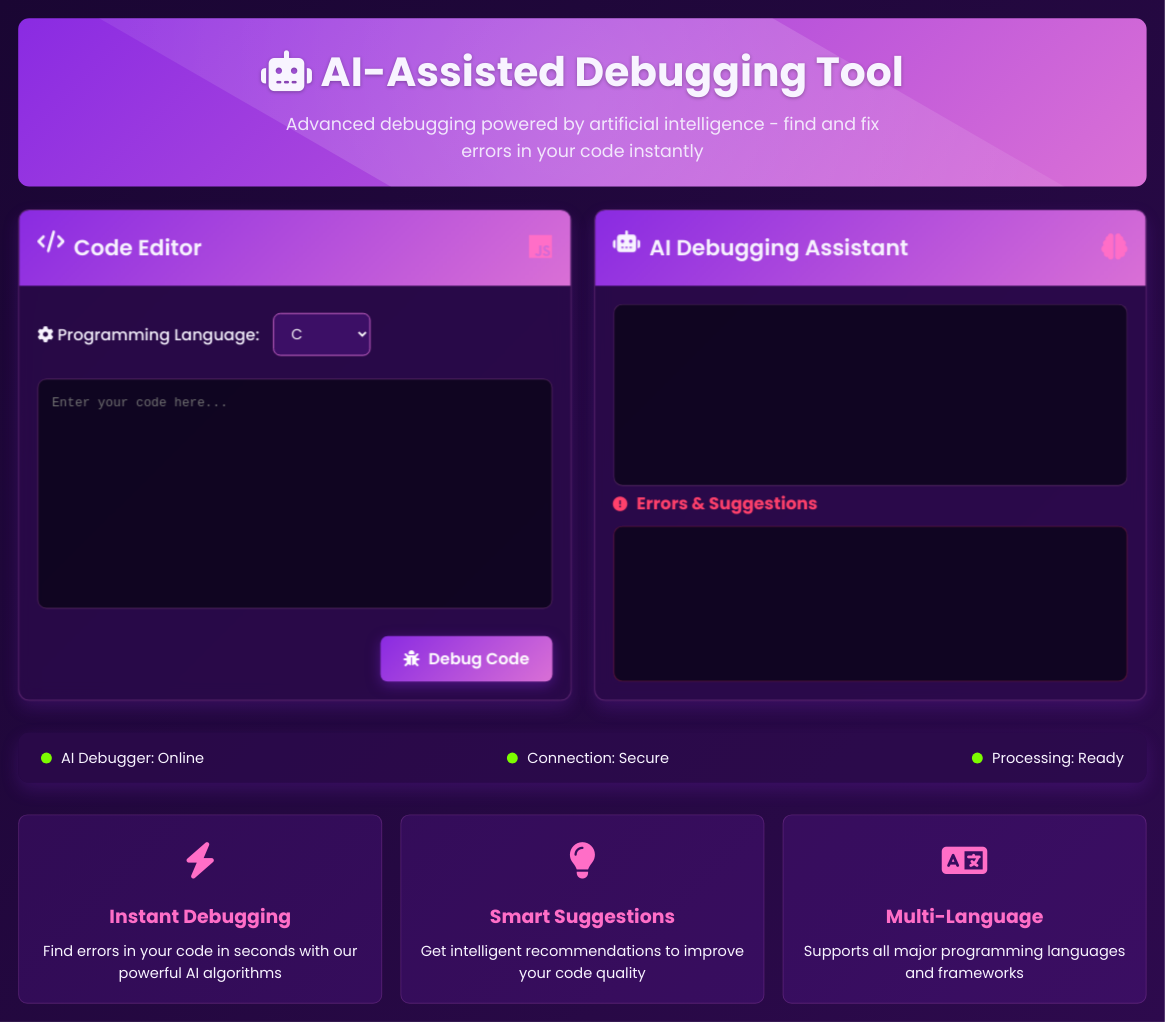
Repository: ujjwalkathait/AI-Asissted_Debugging_tool
Page: Frontend/public/index.html
The author's editor kept a copy of each file at every save. The page is drawn from the files as they stood at one save, then again after the next save.
The browser window is 1280 px wide. The pictures show the whole page, at 91% of full size.

Above is the page before, as saved 2025-07-13 23:06:58.

### Frontend/public/index.html
<!DOCTYPE html>
<html lang="en">
<head>
    <meta charset="UTF-8">
    <meta name="viewport" content="width=device-width, initial-scale=1.0">
    <title>AI-Assisted Debugging Tool</title>
    <link href="https://fonts.googleapis.com/css2?family=Poppins:wght@300;400;500;600;700&display=swap" rel="stylesheet">
    <link rel="stylesheet" href="https://cdnjs.cloudflare.com/ajax/libs/font-awesome/6.4.0/css/all.min.css">
    <link rel="stylesheet" href="style.css">
</head>
<body>
    <div class="container">
        <header>
            <h1><i class="fas fa-robot"></i> AI-Assisted Debugging Tool</h1>
            <p>Advanced debugging powered by artificial intelligence - find and fix errors in your code instantly</p>
        </header>

        <div class="main-content">
            <div class="panel">
                <div class="panel-header">
                    <div class="panel-title">
                        <i class="fas fa-code floating"></i>
                        <span>Code Editor</span>
                    </div>
                    <div class="language-icon">
                        <i class="fab fa-js"></i>
                    </div>
                </div>
                <div class="panel-body">
                    <div class="editor-container">
                        <div class="language-selector">
                            <label for="language-select"><i class="fas fa-cog"></i> Programming Language:</label>
                            <select id="language-select">
                                <option>C</option>
                                <option>C++</option>
                                <option>Python</option>
                                <option>Java</option>
                            </select>
                        </div>
                        <textarea class="code-editor" id="code-input" placeholder="Enter your code here..."></textarea>
                        <button class="debug-btn" id="debug-button">
                            <i class="fas fa-bug"></i> Debug Code
                        </button>
                    </div>
                </div>
            </div>

            <div class="panel">
                <div class="panel-header">
                    <div class="panel-title">
                        <i class="fas fa-robot floating"></i>
                        <span>AI Debugging Assistant</span>
                    </div>
                    <div class="language-icon">
                        <i class="fas fa-brain"></i>
                    </div>
                </div>
                <div class="panel-body">
                    <div class="output-container">
                        <div class="ai-output" id="debug-output">
</div>

</div>
<div class="error-container">
<div class="error-header">
<i class="fas fa-exclamation-circle"></i>
<h3>Errors & Suggestions</h3>
</div>
<div class="error-box" id="error-output"></div>
</div>
                </div>
            </div>
        </div>

        <div class="status-bar">
            <div class="status-item">
                <div class="status-indicator"></div>
                <span>AI Debugger: Online</span>
            </div>
            <div class="status-item">
                <div class="status-indicator"></div>
                <span>Connection: Secure</span>
            </div>
            <div class="status-item">
                <div class="status-indicator"></div>
                <span>Processing: Ready</span>
            </div>
        </div>

        <div class="feature-grid">
            <div class="feature-card">
                <div class="feature-icon">
                    <i class="fas fa-bolt"></i>
                </div>
                <h3>Instant Debugging</h3>
                <p>Find errors in your code in seconds with our powerful AI algorithms</p>
            </div>
            <div class="feature-card">
                <div class="feature-icon">
                    <i class="fas fa-lightbulb"></i>
                </div>
                <h3>Smart Suggestions</h3>
                <p>Get intelligent recommendations to improve your code quality</p>
            </div>
            <div class="feature-card">
                <div class="feature-icon">
                    <i class="fas fa-language"></i>
                </div>
                <h3>Multi-Language</h3>
                <p>Supports all major programming languages and frameworks</p>
            </div>
        </div>
    </div>

    <script src="script.js"></script>
</body>
</html>

### Frontend/public/style.css
:root {
    --primary: #8A2BE2;
    --secondary: #DA70D6;
    --accent: #FF6EC7;
    --dark: #2D0A4D;
    --light: #F8F4FF;
    --text: #4A2A7C;
    --success: #7CFC00;
    --error: #FF416C;
    --border-radius: 12px;
    --transition: all 0.3s ease;
    --box-shadow: 0 8px 20px rgba(138, 43, 226, 0.2);
    --gradient: linear-gradient(135deg, var(--primary), var(--secondary));
}

* {
    margin: 0;
    padding: 0;
    box-sizing: border-box;
    font-family: 'Poppins', sans-serif;
}

body {
    background: linear-gradient(135deg, #1a0633, #2d0a4d);
    color: var(--light);
    min-height: 100vh;
    padding: 20px;
    display: flex;
    justify-content: center;
    align-items: center;
}

.container {
    width: 100%;
    max-width: 1600px;
    display: flex;
    flex-direction: column;
    gap: 25px;
}

header {
    text-align: center;
    padding: 25px;
    background: var(--gradient);
    border-radius: var(--border-radius);
    box-shadow: var(--box-shadow);
    animation: pulse 3s infinite;
    position: relative;
    overflow: hidden;
}

header::before {
    content: "";
    position: absolute;
    top: -50%;
    left: -50%;
    width: 200%;
    height: 200%;
    background: radial-gradient(circle, rgba(255,255,255,0.2) 0%, rgba(255,255,255,0) 70%);
    transform: rotate(30deg);
}

header h1 {
    font-size: 2.8rem;
    font-weight: 700;
    margin-bottom: 10px;
    text-shadow: 0 2px 4px rgba(0,0,0,0.3);
    position: relative;
}

header p {
    font-size: 1.2rem;
    opacity: 0.9;
    max-width: 700px;
    margin: 0 auto;
    position: relative;
}

.main-content {
    display: flex;
    gap: 25px;
    height: 75vh;
}

.panel {
    background: rgba(45, 10, 77, 0.7);
    backdrop-filter: blur(10px);
    border-radius: var(--border-radius);
    box-shadow: var(--box-shadow);
    overflow: hidden;
    display: flex;
    flex-direction: column;
    border: 1px solid rgba(218, 112, 214, 0.3);
    flex: 1;
}

.panel-header {
    padding: 20px;
    background: var(--gradient);
    display: flex;
    justify-content: space-between;
    align-items: center;
}

.panel-title {
    font-size: 1.5rem;
    font-weight: 600;
    display: flex;
    align-items: center;
    gap: 10px;
}

.panel-body {
    padding: 20px;
    flex: 1;
    display: flex;
    flex-direction: column;
    overflow: hidden;
}

.editor-container {
    flex: 1;
    display: flex;
    flex-direction: column;
    gap: 15px;
}

.language-selector {
    display: flex;
    align-items: center;
    gap: 15px;
    padding: 10px 0;
}

.language-selector label {
    font-size: 1.1rem;
    font-weight: 500;
}

select {
    padding: 10px 15px;
    background: rgba(138, 43, 226, 0.2);
    border: 1px solid var(--secondary);
    border-radius: 8px;
    color: white;
    font-size: 1rem;
    cursor: pointer;
    transition: var(--transition);
    outline: none;
}

select:focus {
    box-shadow: 0 0 0 3px rgba(218, 112, 214, 0.4);
}

.code-editor {
    flex: 1;
    background: rgba(10, 5, 25, 0.8);
    border-radius: 10px;
    border: 1px solid rgba(218, 112, 214, 0.3);
    padding: 15px;
    font-family: 'Courier New', monospace;
    font-size: 14px;
    color: #E6D4FF;
    line-height: 1.5;
    resize: none;
    transition: var(--transition);
}

.code-editor:focus {
    border-color: var(--accent);
    box-shadow: 0 0 0 3px rgba(255, 110, 199, 0.2);
}

.debug-btn {
    padding: 12px 25px;
    background: var(--gradient);
    color: white;
    border: none;
    border-radius: 8px;
    font-size: 1.1rem;
    font-weight: 600;
    cursor: pointer;
    transition: var(--transition);
    display: flex;
    align-items: center;
    justify-content: center;
    gap: 10px;
    margin-top: 15px;
    align-self: flex-end;
    box-shadow: 0 4px 15px rgba(138, 43, 226, 0.4);
}

.debug-btn:hover {
    transform: translateY(-3px);
    box-shadow: 0 6px 20px rgba(138, 43, 226, 0.6);
}

.debug-btn:active {
    transform: translateY(1px);
}

.output-container {
    flex: 1;
    display: flex;
    flex-direction: column;
    gap: 15px;
    overflow: hidden;
}

.ai-output {
    background: rgba(10, 5, 25, 0.8);
    border-radius: 10px;
    border: 1px solid rgba(218, 112, 214, 0.3);
    padding: 15px;
    font-family: 'Courier New', monospace;
    font-size: 14px;
    color: #E6D4FF;
    line-height: 1.5;
    overflow-y: auto;
    height: 200px;
}

.error-container {
    display: flex;
    flex-direction: column;
    gap: 10px;
    height: 210px;
}

.error-header {
    display: flex;
    align-items: center;
    gap: 10px;
    color: var(--error);
}

.error-box {
    background: rgba(10, 5, 25, 0.8);
    border-radius: 10px;
    border: 1px solid rgba(255, 65, 108, 0.3);
    padding: 15px;
    font-family: 'Courier New', monospace;
    font-size: 14px;
    color: #FFA8BA;
    line-height: 1.5;
    overflow-y: auto;
    height: 100%;
}
.error-box pre{
    margin: 0;
    white-space: pre-wrap;
    word-break: break-word;

}
.status-bar {
    display: flex;
    justify-content: space-between;
    padding: 15px 25px;
    background: rgba(45, 10, 77, 0.7);
    border-radius: var(--border-radius);
    box-shadow: var(--box-shadow);
    margin-top: 10px;
}

.status-item {
    display: flex;
    align-items: center;
    gap: 10px;
}

.status-indicator {
    width: 12px;
    height: 12px;
    border-radius: 50%;
    background: var(--success);
}

.status-indicator.error {
    background: var(--error);
}

.language-icon {
    font-size: 1.8rem;
    color: var(--accent);
}

.feature-grid {
    display: grid;
    grid-template-columns: repeat(3, 1fr);
    gap: 20px;
    margin-top: 10px;
}

.feature-card {
    background: rgba(138, 43, 226, 0.15);
    border-radius: 10px;
    padding: 20px;
    text-align: center;
    transition: var(--transition);
    border: 1px solid rgba(218, 112, 214, 0.2);
}

.feature-card:hover {
    transform: translateY(-5px);
    background: rgba(138, 43, 226, 0.25);
    box-shadow: 0 8px 20px rgba(138, 43, 226, 0.3);
}

.feature-icon {
    font-size: 2.5rem;
    color: var(--accent);
    margin-bottom: 15px;
}

.feature-card h3 {
    font-size: 1.3rem;
    margin-bottom: 10px;
    color: var(--accent);
}

/* Animations */
@keyframes pulse {
    0% { box-shadow: 0 0 0 0 rgba(138, 43, 226, 0.6); }
    70% { box-shadow: 0 0 0 15px rgba(138, 43, 226, 0); }
    100% { box-shadow: 0 0 0 0 rgba(138, 43, 226, 0); }
}

@keyframes float {
    0% { transform: translateY(0px); }
    50% { transform: translateY(-10px); }
    100% { transform: translateY(0px); }
}

.floating {
    animation: float 3s ease-in-out infinite;
}

/* Scrollbar styling */
::-webkit-scrollbar {
    width: 8px;
}

::-webkit-scrollbar-track {
    background: rgba(45, 10, 77, 0.3);
    border-radius: 4px;
}

::-webkit-scrollbar-thumb {
    background: var(--secondary);
    border-radius: 4px;
}

::-webkit-scrollbar-thumb:hover {
    background: var(--accent);
}

/* Responsive design */
@media (max-width: 1200px) {
    .main-content {
        flex-direction: column;
        height: auto;
    }

    .feature-grid {
        grid-template-columns: repeat(2, 1fr);
    }
}

@media (max-width: 768px) {
    .feature-grid {
        grid-template-columns: 1fr;
    }

    header h1 {
        font-size: 2.2rem;
    }

    .panel-header {
        padding: 15px;
    }
}

### Frontend/public/script.js
// document.addEventListener('DOMContentLoaded', function () {
//     const debugBtn = document.getElementById('debug-button');
//     const codeInput = document.getElementById('code-input');
//     const debugOutput = document.getElementById('debug-output');
//     const errorOutput = document.getElementById('error-output');
//     const languageSelect = document.getElementById('language-select');
//     const languageIcon = document.querySelector('.language-icon i');

//     // Language icons mapping
//     const languageIcons = {
//         'JavaScript': 'fab fa-js',
//         'Python': 'fab fa-python',
//         'Java': 'fab fa-java',
//         'C++': 'fas fa-c++',
//         'C': 'fas fa-c',
//         'TypeScript': 'fas fa-code',
//         'PHP': 'fab fa-php',
//         'Ruby': 'fas fa-gem'
//     };

//     // Update language icon when selection changes
//     languageSelect.addEventListener('change', function () {
//         const lang = this.value;
//         languageIcon.className = languageIcons[lang] || 'fas fa-code';
//     });

//     // Debug button functionality
//     debugBtn.addEventListener('click', async function () {
//         const code = codeInput.value.trim();
//         const language = languageSelect.value;

//         if (!code) {
//             errorOutput.innerHTML = `<pre style="color:orange;">⚠️ Please enter some code before debugging.</pre>`;
//             return;
//         }

//         // UI feedback
//         debugBtn.innerHTML = '<i class="fas fa-spinner fa-spin"></i> Debugging...';
//         debugBtn.disabled = true;
//         debugOutput.textContent = '';
//         errorOutput.innerHTML = '';

//         try {
//             const response = await fetch("http://localhost:3000/debug", {
//                 method: "POST",
//                 headers: {
//                     "Content-Type": "application/json"
//                 },
//                 body: JSON.stringify({ code, language })
//             });

//             if (!response.ok) {
//                 throw new Error("Server error while debugging.");
//             }

//             const result = await response.json();

//             // Show corrected code
//             // debugOutput.textContent = result.fixedCode || "// No corrections found.";
//             debugOutput.innerHTML = `<pre>${result.fixedCode || "// No corrections found."}</pre>`;


//             // Show errors or success
//             if (result.errors) {
//                 errorOutput.innerHTML = `<pre style="color:red;">${result.errors}</pre>`;
//             } else {
//                 errorOutput.innerHTML = `<pre style="color:lightgreen;">✅ No syntax errors detected.</pre>`;
//             }

//         } catch (err) {
//             errorOutput.innerHTML = `<pre style="color:red;">⚠️ Error: ${err.message}</pre>`;
//         } finally {
//             // Reset button state
//             debugBtn.innerHTML = '<i class="fas fa-bug"></i> Debug Code';
//             debugBtn.disabled = false;
//             debugBtn.style.background = 'linear-gradient(135deg, #00c853, #7cfc00)';
//             setTimeout(() => {
//                 debugBtn.style.background = 'var(--gradient)';
//             }, 2000);
//         }
//     });

//     // Add example code on first click (optional)
//     codeInput.addEventListener('click', function () {
//         if (this.value === '') {
//             this.value = '';
//         }
//     });
// });

document.addEventListener('DOMContentLoaded', function () {
    const debugBtn = document.getElementById('debug-button');
    const codeInput = document.getElementById('code-input');
    const debugOutput = document.getElementById('debug-output');
    const errorOutput = document.getElementById('error-output');
    const languageSelect = document.getElementById('language-select');
    const languageIcon = document.querySelector('.language-icon i');

    const languageIcons = {
        'JavaScript': 'fab fa-js',
        'Python': 'fab fa-python',
        'Java': 'fab fa-java',
        'C++': 'fas fa-c++',
        'C': 'fas fa-c',
        'TypeScript': 'fas fa-code',
        'PHP': 'fab fa-php',
        'Ruby': 'fas fa-gem'
    };

    languageSelect.addEventListener('change', function () {
        const lang = this.value;
        languageIcon.className = languageIcons[lang] || 'fas fa-code';
    });

    debugBtn.addEventListener('click', async function () {
        const code = codeInput.value.trim();
        const language = languageSelect.value;

        if (!code) {
            errorOutput.innerHTML = `<pre style="color:orange;">⚠️ Please enter some code before debugging.</pre>`;
            return;
        }

        debugBtn.innerHTML = '<i class="fas fa-spinner fa-spin"></i> Debugging...';
        debugBtn.disabled = true;
        debugOutput.textContent = '';
        errorOutput.innerHTML = '';

        try {
            const response = await fetch("http://localhost:3000/debug", {
                method: "POST",
                headers: {
                    "Content-Type": "application/json"
                },
                body: JSON.stringify({ code, language })
            });

            if (!response.ok) {
                throw new Error("Server error while debugging.");
            }

            const result = await response.json();

            debugOutput.innerHTML = `<pre>${result.fixedCode || "// No corrections found."}</pre>`;

            if (result.errors) {
                errorOutput.innerHTML = `<pre style="color:red;">${result.errors}</pre>`;
            } else {
                errorOutput.innerHTML = `<pre style="color:lightgreen;">✅ No syntax errors detected.</pre>`;
            }

            if (result.explanation) {
                errorOutput.innerHTML += `<br><pre style="color:deepskyblue;">💡 Gemini says: ${result.explanation}</pre>`;
            }

        } catch (err) {
            errorOutput.innerHTML = `<pre style="color:red;">⚠️ Error: ${err.message}</pre>`;
        } finally {
            debugBtn.innerHTML = '<i class="fas fa-bug"></i> Debug Code';
            debugBtn.disabled = false;
            debugBtn.style.background = 'linear-gradient(135deg, #00c853, #7cfc00)';
            setTimeout(() => {
                debugBtn.style.background = 'var(--gradient)';
            }, 2000);
        }
    });

    codeInput.addEventListener('click', function () {
        if (this.value === '') {
            this.value = '';
        }
    });
});

After the next save:
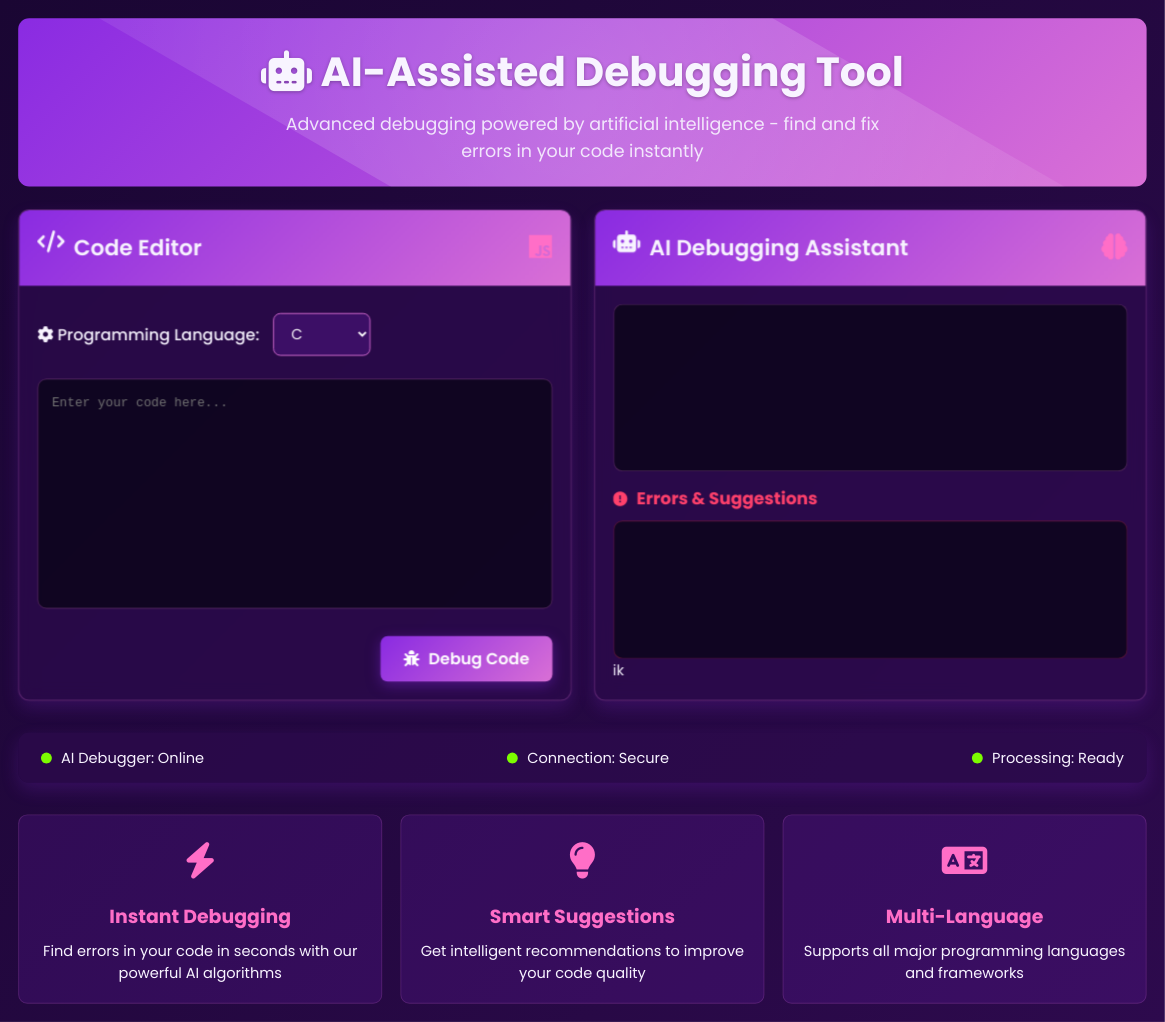
Saved 4 s later.
--- a/Frontend/public/index.html
+++ b/Frontend/public/index.html
@@ -60,14 +60,14 @@
                         <div class="ai-output" id="debug-output">
 </div>
 
-</div>
-<div class="error-container">
-<div class="error-header">
-<i class="fas fa-exclamation-circle"></i>
-<h3>Errors & Suggestions</h3>
-</div>
-<div class="error-box" id="error-output"></div>
-</div>
+                        <div class="error-container">
+                            <div class="error-header">
+                                <i class="fas fa-exclamation-circle"></i>
+                                <h3>Errors & Suggestions</h3>
+                            </div>
+                            <div class="error-box" id="error-output"></div>
+                        </div>
+                    </div>ik
                 </div>
             </div>
         </div>
